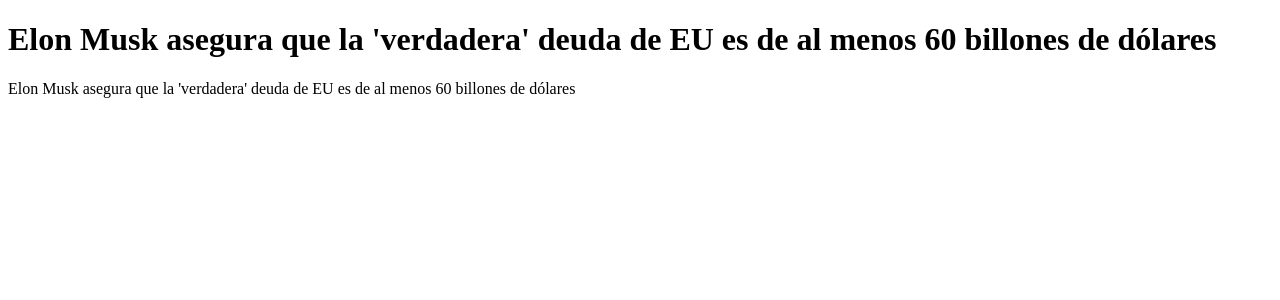
Repository: giovanabirck/lab-01-news
Page: /
These files come from the project's save history. The page is drawn as it stood at one moment and after a run of saves; the edit follows.
The browser window is 1280 px wide. The pictures show the whole page.
The project was rebuilt for these pictures with package versions that can differ from the ones it lists, and the page was loaded fresh each time. The framework's server and built-in components were replaced by stand-ins that run in the browser. Also part of the build but not shown: next.config.js, styles/globals.css.

Above is the page before, as saved 2023-09-17 20:27:25.

### pages/index.js
import Head from 'next/head'
import Image from 'next/image'

const news01 = {
  "title": "Elon Musk asegura que la 'verdadera' deuda de EU es de al menos 60 billones de dólares",
  "link": "https://www.milenio.com/negocios/elon-musk-deuda-eu-60-billones-dolares",
  "keywords": null,
  "creator": [
    "Milenio Digital"
  ],
  "video_url": null,
  "description": "El director ejecutivo de Tesla y SpaceX, Elon Musk, estimó que la deuda de Estados Unidos en tres veces mayor a su economía. ?La verdadera deuda nacional, incluidos los derechos no financiados, es de al menos 60 billones de dólares, aproximadamente tres veces el tamaño de toda la economía de los Estados Unidos. Algo tiene que ceder.?, señaló el multimillonario a través de su cuenta de Twitter.True national debt, including unfunded entitlements, is at least $60 trillion ? roughly three times the size of the entire US economy. Something has got to give.? Elon Musk (@elonmusk) February 11, 2022 Esto como parte de los comentarios en respuesta a una publicación del medio satírico The Babylon Bee, en donde señaló que supuestamente el presidente estadunidense, Joe Biden, planeaba pagar la deuda pública apostando ?doble o nada? en el equipo de futbol de los Cincinnati Bengals en el Super Bowl. Según el Departamento del Tesoro de Estados Unidos el total de la deuda de dicho país ya supera los 30 billones de dólares, dio a conocer el martes pasado.El endeudamiento del gobierno se aceleró durante la pandemia de covid-19, como parte del gasto del gobierno estadunidense para amortiguar el golpe económico de la crisis. La deuda pública se ha disparado en alrededor 7 billones desde finales de 2019.m{1861862}RM?",
  "content": null,
  "pubDate": "2022-02-14 05:05:43",
  "full_description": null,
  "image_url": "http://www.milenio.com/uploads/media/2022/02/13/elon-musk-estimo-deuda-unidos.jpeg",
  "source_id": "milenio",
  "country": [
    "mexico"
  ],
  "category": [
    "top"
  ],
  "language": "spanish"
}

export default function News() {
  return (
    <>
      <Head>
        <title>Lab 01</title>
        <link rel="icon" href="/favicon.ico" />
      </Head>

      <main>
        <div>
          <h1>{news01.title}</h1>
          <div>{news01.title}</div>

        </div>
        {/* title news01.title */}
        {/* imagem news01.image_url*/}
        {/* link news01.link*/}
        {/* author news01.creator*/}
        {/* desc news01.description*/}
      </main>
    </>
  )
}

Loaded but not shown: pages/_app.js (common file); pages/_document.js (common file)

After the next 2 saves:
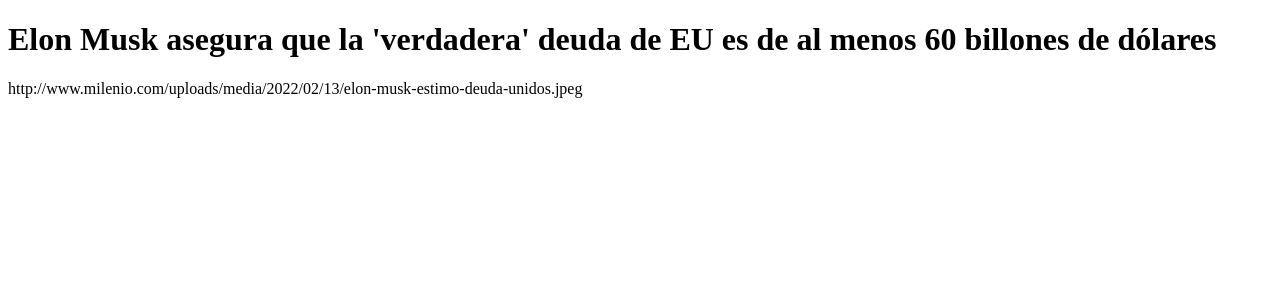
The 2 saves are shown as one change because 1 did not build or start.
The last was saved 11 s later.
--- a/pages/index.js
+++ b/pages/index.js
@@ -35,7 +35,7 @@
       <main>
         <div>
           <h1>{news01.title}</h1>
-          <div>{news01.title}</div>
+          <div>{news01.image_url}</div>
 
         </div>
         {/* title news01.title */}
